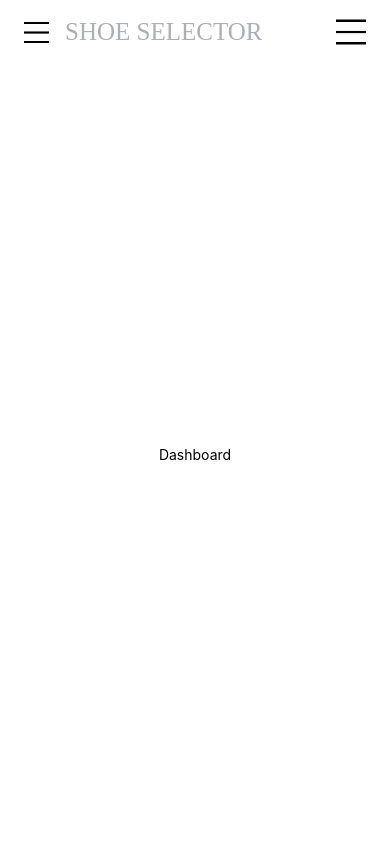
Repository: cultofdev/shopping-app
Screen: /
These files come from the project's save history. The screen is drawn as it stood at one moment and after the next save; the edit follows.
The app was drawn by React Native's web renderer in a window 390 px wide. The project was rebuilt for these pictures with package versions that can differ from the ones it lists, and the page was loaded fresh each time.

Above is the screen before, as saved 2021-08-16 05:27:12.

After the next save:
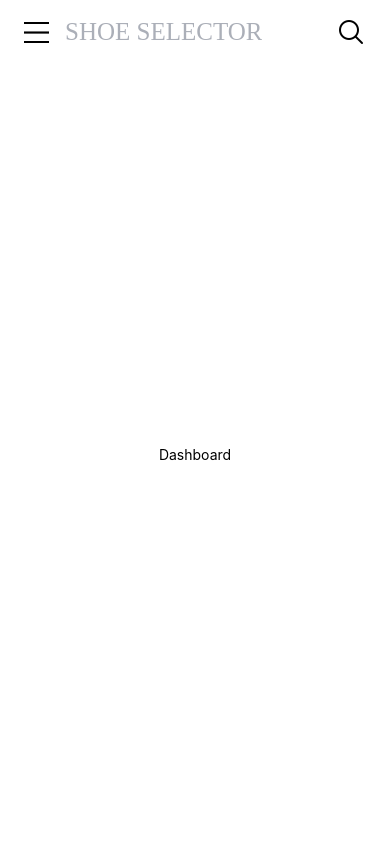
Saved 9 s later.
--- a/App.js
+++ b/App.js
@@ -55,7 +55,7 @@
                 onPress={() => console.log('PRESSED RIGHT')}
               >
                 <Image
-                  source={icons.menu}
+                  source={icons.search}
                   resizeMode='contain'
                   style={{
                     width: 30,
